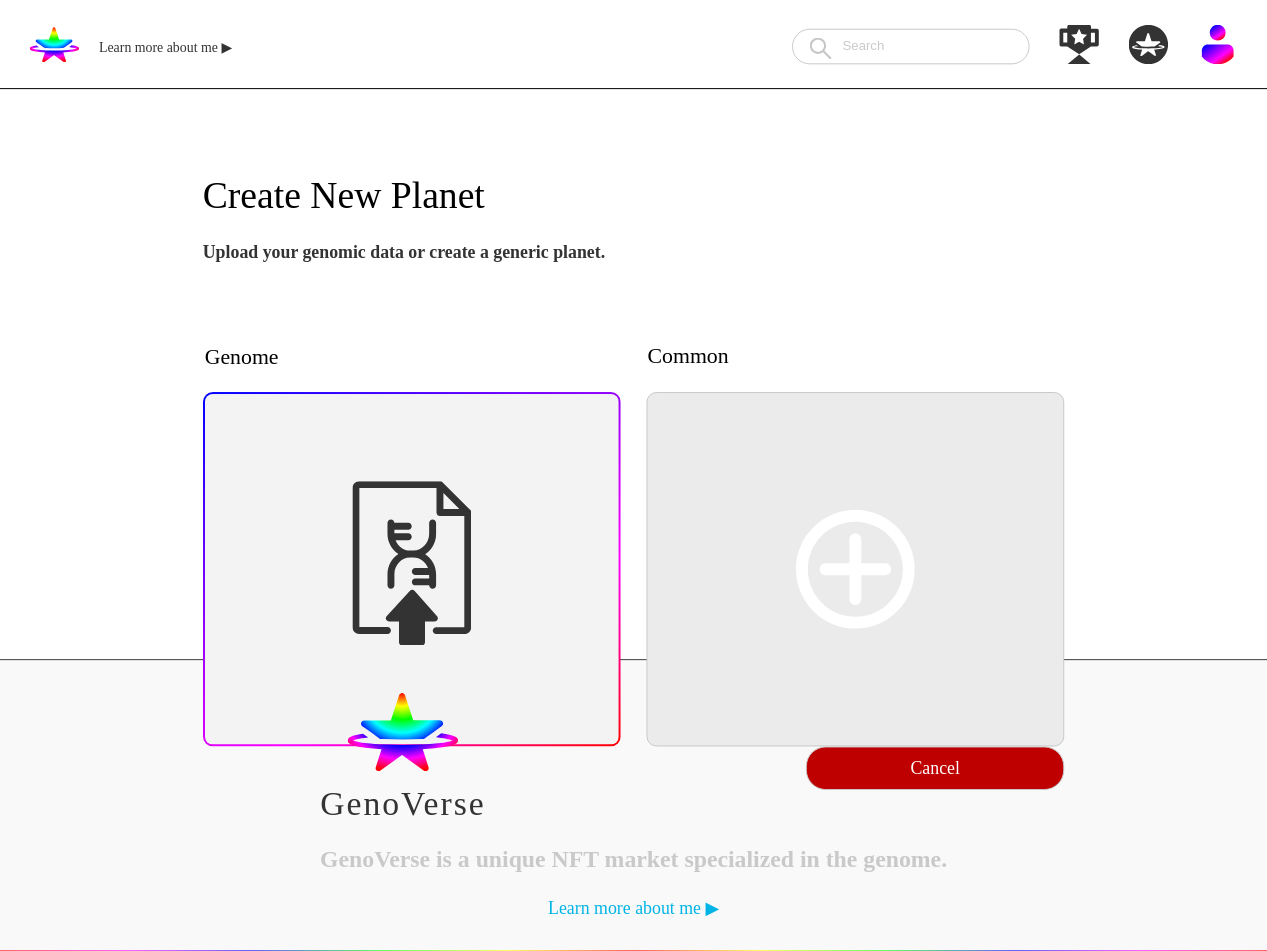
Repository: superHotBob/bioart
Page: /createnewplanet/createnewplanet_01
These files come from the project's save history. The page is drawn as it stood at one moment and after the next save; the edit follows.
The browser window is 1280 px wide. The pictures show the whole page, at 99% of full size.
Some web fonts or font styles are not loaded; a fallback is used. The project was rebuilt for these pictures with package versions that can differ from the ones it lists, and the page was loaded fresh each time. Some packages were replaced by stand-ins written for this rebuild. The framework's server and built-in components were replaced by stand-ins that run in the browser. Also part of the build but not shown: next.config.js.

Above is the page before, as saved 2022-04-06 12:34:08.

### pages/_app.js
import "../styles/globals.css";
import Layout from "../components/layout";
import { Provider } from "react-redux";
import store from "../store";

export default function MyApp({ Component, pageProps }) {
  return (
    <Provider store={store}>
      <Layout>
        <Component {...pageProps} />
      </Layout>
    </Provider>
  );
}

### pages/createnewplanet/createnewplanet_01.js
import Button from "../../components/button";
import react, { useEffect, useState } from "react";

export default function CreateNewPlanetOne() {
  const [myscreen, setMyScreen] = useState(true);
  useEffect(() => setMyScreen(window.screen.width > 500), []);

  return (
    <div className="createNewBlock">
      <h1>Create New Planet</h1>
      <p>Upload your genomic data or create a generic planet.</p>
      <div className="twoBloks">
        <div className="genome">
          <div />
        </div>
        <div className="common"></div>
      </div>
      <div style={{textAlign: 'right',marginBottom: 150}}>
        <Button
          width={myscreen ? "30%" : "100%"}
          color="#fff"
          background="#be0000"
          text="Cancel"
          background_hover="#8b0000"
        />
      </div>
      <style jsx>{`
        .createNewBlock {
          width: 68%;
          height: 80vh;
          margin: 0 auto;
          padding-top: 60px;
        }
        h1 {
          font-size: 38px;
          font-family: "GmarketSansMedium";
          font-weight: 400;
        }
        p {
          font-weight: 600;
          font-family: "GmarketSansLight";
          font-size: 18px;
          color: #333;
        }
        .twoBloks {
          display: flex;
          justify-content: space-between;
          margin-top: 130px;
        }
        .genome,
        .common,
        .genome div {
          width: 48.5%;
          height: 28vw;
          border-radius: 10px;
          background-position: center center;
          background-repeat: no-repeat;
          background-size: 120px;
          cursor: pointer;
        }
        .genome {
          border: 2px solid transparent;
          background: linear-gradient(#f3f3f3, #f3f3f3) padding-box,
            linear-gradient(
                150deg,
                rgba(0, 0, 255, 1) 0%,
                rgba(152, 0, 255, 1) 41%,
                rgba(255, 0, 255, 1) 68%,
                rgba(255, 0, 0, 1) 100%
              )
              border-box;
        }
        .genome div {
          background-image: url("/icon_upbk.svg");
          width: 100%;
          margin-top: 16px;
        }
        .genome div:hover {
          background-image: url("/icon_upwt.svg");
        }
        .genome:before {
          content: "Genome";
          font-family: "GmarketSansMedium";
          display: block;
          margin-top: -50px;
          font-size: 22px;
        }
        .common {
          background-color: #ebebeb;
          border: 1px solid #c9c9c9;
          background-image: url("/icon_mrwt.svg");
        }
        .common:hover {
          background-image: url("/icon_mrbk.svg");
        }
        .common:before {
          content: "Common";
          font-family: "GmarketSansMedium";
          display: block;
          margin-top: -50px;
          font-size: 22px;
        }

        @media screen and (max-width: 550px) {
          .createNewBlock {
            width: 96%;
            height: auto;
            margin: 0 auto;
            padding-top: 60px;
          }
          .twoBloks {
            flex-direction: column;
          }
          .genome,
          .common,
          .genome div {
            width: 100%;
            height: 98vw;
            margin-bottom: 50px;
          }
        }
      `}</style>
    </div>
  );
}

### styles/globals.css
@font-face {
  font-family: 'GmarketSansMedium';
  src: url('https://cdn.jsdelivr.net/gh/projectnoonnu/noonfonts_2001@1.1/GmarketSansMedium.woff') format('woff');
  font-weight: normal;
  font-style: normal;
}
@font-face {
  font-family: 'GmarketSansLight';
  src: url('https://cdn.jsdelivr.net/gh/projectnoonnu/noonfonts_2001@1.1/GmarketSansLight.woff') format('woff');
  font-weight: normal;
  font-style: normal;
}
@font-face {
  font-family: 'GmarketSansBold';
  src: url('https://cdn.jsdelivr.net/gh/projectnoonnu/noonfonts_2001@1.1/GmarketSansBold.woff') format('woff');
  font-weight: normal;
  font-style: normal;
}
html,
body {
  padding: 0;
  margin: 0;
  font-family: -apple-system, BlinkMacSystemFont, Segoe UI, Roboto, Oxygen,
    Ubuntu, Cantarell, Fira Sans, Droid Sans, Helvetica Neue, sans-serif;
}

input, select, button, textarea {
  outline: none;
}
a {
  color: inherit;
  text-decoration: none;
  cursor: pointer;
}
input::placeholder {
  color: #c9c9c9;
}
* {
  box-sizing: border-box;
  background-repeat: no-repeat;
}
button {
  cursor: pointer;
  font-family: "GmarketSansMedium";
  font-size: 18px;
  text-align: center;
}
.error {
  color: red;
  font-size: 20px;
}
figure {
  margin: 0;
  display: inline-block;
}
select {
  -webkit-appearance: none;
  -moz-appearance: none;

  height: 44px;
  padding-left: 20px;
  font-size: 18px;
  background: transparent;
  border: 1px solid #c9c9c9;
  border-radius: 20px;
  background: url('/icon_drp_arr.svg')  100% / 17% 35% no-repeat;
}
.blue {
  color: rgb(0, 180, 230);
  font-size: 18px;
  padding: 2px 0 2px 27px;

}
.bold {
  font-weight: 800;
  font-family: "GmarketSansbold";
}


.solana {
  background: url('/icon_graph_01.svg')  left 35% / auto 68% no-repeat;


}
@media screen and (max-width: 550px) {
  .blue {
    font-size: 14px;
    padding: 2px 0 2px 25px;
  }
}

### components/layout.js
import Navbar from "./navbar";
import Footer from "./footer";

export default function Layout({ children }) {
  return (
    <>
      <Navbar />
      <main style={{borderBottom: '1px solid #000'}}>
        {children}
        <style jsx global>{`
          .lastStringNft {
            width: 90%;
            position: absolute;
            top: 85%;
            left: 5%;
            padding: 10px 0;
            border-top: 1px solid #c9c9c9;
            font-size: 18px;
            color: #333;
            display: flex;
            justify-content: space-between;
            font-family: "GmarketSansLight";
          }
          .lastStringNft b {
            margin: 0 5px 0 0;
            flex-grow: 1;
          }
          .iconGraph {
            margin: 0px 15px;
            vertical-align: top;
            display: inline-block;
          }
          .priceNft {
            text-align: center;
            font-size: 30px;
            margin: 10px 0 0;
            font-family: "GmarketSansMedium";
          }
          .textNft {
            font-size: 1vw;
            margin: 0 0 15px;
            text-align: center;
            font-weight: 300;
            font-family: "GmarketSansLight";
          }
          .iconSlider {
          margin-top: 0;
          width: 65px;
          height: 65px;
        }
        .iconItemNft {
            width: 65px;
            height: 65px;
            display: block;
            margin: 0 auto;
            background-color: #fff;
            border-radius: 50%;
            border: 4px solid #fff;
            outline: 1px solid #ddd;
          }
          .itemSliderNft {
            position: relative;
          }
        `}</style>
      </main>
      <Footer />
    </>
  );
}

### store/index.js
import { configureStore } from "@reduxjs/toolkit";

import counterReducer from "../reduser";

export function makeStore() {
  return configureStore({
    reducer: { counter: counterReducer },
  });
}

const store = makeStore();

export default store;

### components/button.js
export default function Button(props) {
  return (
    <button type={props.type} className={props.class} onClick={props.Click}>
      {props.text}
      <style jsx>{`
        button {
          color: ${props.color};
          width: ${props.width};
          background: ${props.background};
          border: 1px solid #c9c9c9;
          font-size: 18px;
          border-radius: 20px;
          height: 44px;
        }
        button:hover {
          color: ${props.color_hover};
          background: ${props.background_hover};
        }
        button:last-of-type {
            float: right;
        }
      `}</style>
    </button>
  );
}

### components/footer.js
import Image from "next/image";
import styles from "../styles/Home.module.css";
export default function Footer() {
  return (
    <footer className={styles.footer}>
      <span className={styles.logo}>
        <Image src="/symbol.svg" alt=" Logo" width={112} height={80} />
      </span>
      <p className={styles.footerIconText}>GenoVerse</p>
      <p className={styles.footerText}>
        GenoVerse is a unique NFT market specialized in the genome.
      </p>
      <a src="/#" className={styles.learnFooter}>
        Learn more about me &#9654;
      </a>
    </footer>
  );
}

### reduser/index.js
import { createSlice } from "@reduxjs/toolkit";

const initialState = {
 profile: {
  email: 'bob@tut.by',
  name: 'bob',
  representative_planet: 'Geno`s Collection'
 },
  walletAddress: "",
  balance: 0,
  token: "",
  tokenId: 0,
};
export const counterSlice = createSlice({
  name: "counter",
  initialState,

  reducers: {
    increment: (state) => {
      state.value = true;
    },

    addAccount: (state, action) => {
      state.walletAddress = action.payload;
    },
    changeBalance: (state, action) => {
      state.balance = action.payload;
    },
    setToken: (state, action) => {
      state.token = action.payload;
    },
    setTokenId: (state, action) => {
      state.tokenId = action.payload;
    },
  },
});
export const {
    increment,
    addAccount,
    changeBalance,
    setToken,
    setTokenId,
  } = counterSlice.actions;

  export const profile = (state) => state.counter.profile;

  export const selectCount = (state) => state.counter.value;
  export const walletAddress = (state) => state.counter.walletAddress;
  export const balance = (state) => state.counter.balance;
  export const token = (state) => state.counter.token;
  export const tokenId = (state) => state.counter.tokenId;

  export default counterSlice.reducer;

### styles/Home.module.css
@font-face {
  font-family: "MyWebFontBlack";
  src: url("/fonts/NotoSerifCJKkr-Black.woff") format("woff");
}
@font-face {
  font-family: "MyWebFontBold";
  src: url("/fonts/NotoSerifCJKkr-Bold.woff") format("woff");
}
@font-face {
  font-family: "MyWebFontSCMediun";
  src: url("/fonts/NotoSerifSC-Medium.woff") format("woff");
}
@font-face {
  font-family: "MyWebFontSCLight";
  src: url("/fonts/NotoSerifSC-Light.woff") format("woff");
}
@font-face {
  font-family: "GmarketSansMedium";
  src: url("https://cdn.jsdelivr.net/gh/projectnoonnu/noonfonts_2001@1.1/GmarketSansMedium.woff")
    format("woff");
  font-weight: normal;
  font-style: normal;
}
.container {
  padding: 0;
}
.main {
  min-height: 80vh;
}
.header {
  height: 90px;
  display: block;
  position: relative;
  padding: 20px 30px;
  box-sizing: border-box;
  border-bottom: 1px solid #000;
}
.header .learn {
  margin: -34px 20px 0;
  vertical-align: middle;
  display: inline-block;
  width: 20%;
  font-size: 14px;
  cursor: pointer;
  font-family: "GmarketSansLight";
  color: #333;
}
.header a:hover {
  color: blue;
}
.symbol {
  margin-right: -40px;
  position: relative;
  z-index: 100;
  top: -1px;
}
.symbol_icon {
  height: 50px;
  width: 50px;
  display: inline-block;
  background: url("/symbol.svg") center / 100% no-repeat;
}
.search_input {
  position: relative;
  z-index: 1;
  border: 1px solid #c9c9c9;
  border-radius: 20px;
  height: 36px;
  width: 240px;
  padding: 0 20px 0 50px;
  vertical-align: text-bottom;
  outline: none;
}
.menu_tab {
  float: right;
  width: auto;
  text-align: right;
  margin-top: 5px;
}
.tab01,
.tab02,
.tab03active,
.tab03,
.iconLike {
  height: 40px;
  width: 40px;
  vertical-align: sub;
  display: inline-block;
  margin-left: 30px;
}
.iconLike {
  position: relative;
  margin-left: 90px;
  cursor: pointer;
}
.iconLike::before {
  position: absolute;
  font-size: 18px;
  content: "250";
  left: -45px;
  top: 11px;
  font-family: "GmarketSansLight";
  display: inline-block;
}
.tab01 {
  background: url("/icon_tab_off_01.svg") center 100% no-repeat;
}
.tab01:hover {
  background: url("/icon_tab_on_01.svg") center 100% no-repeat;
}
.tab02 {
  background: url("/icon_tab_off_02.svg") center 100% no-repeat;
}
.tab03active {
  background: url("/icon_tab_on_03.svg") center 100% no-repeat;
}
.tab02:hover {
  background: url("/icon_tab_on_02.svg") center 100% no-repeat;
}
.tab03 {
  background: url("/icon_tab_off_03.svg") center 100% no-repeat;
}
.iconLike {
  background: url("/icon_like_on.svg") center 100% no-repeat;
}
.tab03:hover {
  background: url("/icon_tab_on_03.svg") center 100% no-repeat;
}
.wrapFirstBlock {
  width: 100%;
  height: 70.1vh;
  background: url('/main_top_bgline.jpg')  bottom center / 100% 1px repeat-x;
}
.firstBlock {
  /* background: url('/main_top_bg.jpg') center / 100% auto no-repeat;  */
  height: 70vh;
  position: relative;
}
.firstBlockText {
  position: absolute;
  top: 57%;
  left: 75%;
}
.firstBlockTextOnly h3 {
  font-size: 28px;
  font-weight: 400;
  color: #000;
  margin: 0;
}
.firstBlockTextOnly p {
  font-size: 18px;
  line-height: 1.3;
  font-family: "GmarketSansLight";
  font-weight: 800;
}
.gold {
  color: #ffa300;
  font-size: 16px;
  display: block;
  line-height: 10px;
}
.slider h2,
.sliderNft h2 {
  font-size: 30px;
  letter-spacing: 2px;
  font-family: "GmarketSansLight";
  font-weight: 800;
}
.sliderWraper,
.sliderWraperNft {
  height: auto;
  width: 80%;
  margin: 50px auto;
  position: relative;
}
.sliderWraperNft {
  width: 100%;
}
.bodySlider {
  height: auto;
  display: flex;
  justify-content: space-between;
}
.sliderBtnPrev,
.sliderBtnNext {
  position: absolute;
  border: none;
  top: 26%;
  height: 60px;
  width: 60px;
  left: -2%;
  opacity: 0.9;
  background-position: center;
  background-repeat: no-repeat;
  background-size: 100%;
  background-image: url("/slider_prev_btn.svg");
}
.sliderBtnPrev:hover {
  background-image: url("/slider_prev_btn_hv.svg");
  opacity: 1;
}
.sliderBtnNext {
  left: 96%;
  background-image: url("/slider_next_btn.svg");
}
.sliderBtnNext:hover {
  background-image: url("/slider_next_btn_hv.svg");
  opacity: 1;
}

.itemSlider {
  height: 40vw;
  padding: 0 20px;
  text-align: center;
}
.itemSliderImage {

  border: 1px solid #ccc;
  background-size: cover;
  border-radius: 10px;
  background-position: center top;
  background-repeat: no-repeat;
  height: 60%;
  margin-bottom: 40px;
  cursor: pointer;
}
.sliderText {
  font-size: 26px;
  margin: 15px;
  font-family: "GmarketSansMedium";
  font-weight: 400;
}
.sliderText p {
  font-size: 20px;
  margin: 15px 0 0;
  font-family: "GmarketSansLight";
}
.itemSlider .img {
  margin: 15px;
}
.sliderDot {
  margin: 0 auto;
  background-color: gray;
  width: 89%;
}

.table h2 {
  text-align: center;
  font-family: "GmarketSansLight";
  font-size: 28px;
}
.table h2 a {
  color: #00b4e6;
}
.icons {
  width: 164px;
  margin: 50px auto;
  display: flex;
  justify-content: space-between;
}
.icons img:hover {
  cursor: pointer;
}
.tableBody {
  width: 80%;
  margin: 20px auto;
}
.headerTable,
.bodyTable,
.headerTableFirst {
  display: flex;
  justify-content: space-between;
  border-top: 1px solid #c9c9c9;
  border-bottom: 1px solid #c9c9c9;
  padding: 20px 0;
  font-weight: bold;
}
.headerTableFirst {
  border-top: none;
  border-image: linear-gradient(
    90deg,
    rgba(255, 0, 0, 1) 0%,
    rgba(255, 0, 255, 1) 10%,
    rgba(0, 0, 255, 1) 20%,
    rgba(0, 255, 0, 1) 30%,
    rgba(255, 255, 0, 1) 40%,
    rgba(255, 0, 0, 1) 50%,
    rgba(255, 255, 0, 1) 60%,
    rgba(0, 255, 0, 1) 70%,
    rgba(0, 0, 255, 1) 80%,
    rgba(255, 0, 255, 1) 90%,
    rgba(255, 0, 0, 1) 100%
  );
  border-image-slice: 1;
}
p.bodyTable {
  border-bottom: none;
  margin: 0;
}
p.headerTable:hover {
  background-color: rgba(220, 220, 220, 0.3);
  cursor: pointer;
  box-shadow: 0 1px 10px 5px rgba(220, 220, 220, 0.3);
}
.volumeIcon,.volumeIcon_2 {
  background: url("/icon_graph_01.svg") 21% 47%/ 16% no-repeat;
  padding-left: 10px;
}
.headerTable span,
.bodyTable span,
.headerTableFirst span {
  flex-grow: 1;
  font-size: 18px;
  line-height: 50px;
  font-family: "GmarketSansLight";
  width: 10%;
  text-align: center;
  display: inline-block;
}
.data {
  border-bottom: 1px solid #c9c9c9;
}
.btnPage {
  margin: 50px auto;
  text-align: center;
}
.btnPrev,
.btnNext {
  border: none;
  background: none;
  font-size: 18px;
  z-index: 1;
  font-family: "GmarketSansMedium";
  font-weight: 400;
  position: relative;
  color: #c9c9c9;
}
.btnPrev:hover {
  color: #000;
}
.btnPrev:hover::before {
  background-image: url("/prev_btn_hv.svg");
}
.btnNext:hover {
  color: #000;
}
.btnNext:hover::after {
  background-image: url("/next_btn_hv.svg");
}
.btnPrev:before,
.btnNext::after {
  content: "";
  width: 12px;
  height: 18px;
  z-index: 1;
  background-image: url("/prev_btn.svg");
  background-repeat: no-repeat;
  display: inline-block;
  vertical-align: middle;
  background-color: inherit;
  background-position: center center;
  margin: -5px 5px 0 0;
}
.btnNext::after {
  background-image: url("/next_btn.svg");
  margin: -5px 0 0 5px;
}
.footer {
  padding: 2rem 0;
  background-color: #f9f9f9;
  text-align: center;
  border-image: linear-gradient(
    90deg,
    rgba(255, 0, 0, 1) 0%,
    rgba(255, 0, 255, 1) 10%,
    rgba(0, 0, 255, 1) 20%,
    rgba(0, 255, 0, 1) 30%,
    rgba(255, 255, 0, 1) 40%,
    rgba(255, 0, 0, 1) 50%,
    rgba(255, 255, 0, 1) 60%,
    rgba(0, 255, 0, 1) 70%,
    rgba(0, 0, 255, 1) 80%,
    rgba(255, 0, 255, 1) 90%,
    rgba(255, 0, 0, 1) 100%
  );
  border-image-slice: 1;
  border-bottom: 1px solid #333;
}
.br {
  display: none;
}
.footerIconText {
  font-size: 34px;
  font-family: "GmarketSansMedium";
  font-weight: 400;
  margin: 10px 0;
  letter-spacing: 2px;
}
.footerText {
  font-size: 24px;
  font-family: "GmarketSansMedium";
  color: #c9c9c9;
}
.learnFooter {
  color: #00b4e6;
  font-size: 18px;
  font-family: "GmarketSansMedium";
}
.learnFooter:hover {
  color: #333;
}
.block_likes {
  width: 600px;
  height: 60vh;
  position: absolute;
  right: 35px;
  font-size: 18px;
  top: 90px;
  z-index: 100;
  text-align: center;
  padding: 20px;
  background-color: #fff;
  overflow-y: auto;
  border: 1px solid #c9c9c9;
  border-top: none;
}
.block_likes p {
  font-family: "GmarketSansLight";
  display: flex;
  justify-content: space-between;
  align-items: center;
  font-size: 20px;
  margin: 30px 0;
}
.icon_like span {
  border-radius: 50%;
  height: 50px;
  width: 50px;
  outline: 1px solid #c9c9c9;
  outline-offset: 2px;
  vertical-align: middle;
}
.icon_like_last span {
  border-radius: 0;
  outline: 1px solid #c9c9c9;
  outline-offset: 2px;
  vertical-align: middle;
}
.name {
  width: 35%;
  text-align: left;
}
.mobile {
  display: inline-block;
}
.mobileYes {
  display: none !important;
}
.planetsTableData {
    flex-grow: 4;
    font-size: 28px;
    height: 50px;
    text-align: left;
    background-image: url('/icon_ba.svg');
    background-repeat: no-repeat;
    background-size: 50px;
    padding-left: 60px;
}
@media screen and (max-width: 550px) {
  .search_input,
  .symbol {
    display: none;
  }
  .header {
    padding: 20px 10px;
  }
  .symbol_icon {
    height: 50px;
    width: 50px;
  }
  .tab01,
  .tab02,
  .tab03active,
  .tab03,
  .iconLike {
    margin-left: 10px;
  }
  .tab01 {
    margin: 0;
  }
  .header .learn {
    width: 100px;
    margin: -34px 10px 0;
  }
  .menu_tab {
    margin-top: 5px;
    justify-content: space-around;
    display: flex;
    width: 45%;
  }
  .firstBlock {
    height: 50vw;
  }
  .firstBlockText {
    position: static;
    background-color: #f9f9f9;
    padding: 30px 15px;
    border-image: linear-gradient(
    90deg,
    rgba(255, 0, 0, 1) 0%,
    rgba(255, 0, 255, 1) 10%,
    rgba(0, 0, 255, 1) 20%,
    rgba(0, 255, 0, 1) 30%,
    rgba(255, 255, 0, 1) 40%,
    rgba(255, 0, 0, 1) 50%,
    rgba(255, 255, 0, 1) 60%,
    rgba(0, 255, 0, 1) 70%,
    rgba(0, 0, 255, 1) 80%,
    rgba(255, 0, 255, 1) 90%,
    rgba(255, 0, 0, 1) 100%
  );
  border-image-slice: 1;
  border-bottom: 1px solid #333;
  }
  .firstBlockTextOnly {
    display: inline-block;
    vertical-align: top;
    margin-left: 10px;
    color: gray;
    width: 79%;
  }
  .wrapFirstBlock {
    height: auto;
  }
  .sliderWraper {
    width: 100%;
    margin: 20px auto 100px;
  }
  .itemSlider {
    height: 150vw;
    text-align: initial;
  }
  .sliderText {
    width: 70%;
    font-size: 20px;
    vertical-align: top;
    display: inline-block;
  }
  .sliderText p {
    font-size: 16px;
  }
  .volumeIcon {
    background: url(/icon_graph_01.svg) 0% 19%/ 32% no-repeat;
    padding-left: 15px;
  }
  .br {
    display: inline;
  }
  .mobile, .czczxc, .volumeIcon_2 {
    display: none !important;
  }
  .mobileYes {
    display: inline !important;
    font-size: 12px !important;
  }
  .headerTable span, .headerTableFirst span, .bodyTable span {
    width: fit-content;
    flex-grow: 0;
    padding-top: 5px;
    line-height: 23px;
    text-align: right;
  }
  .headerTable {
    justify-content: space-around;
    padding: 5px 0;
  }
  .tableBody {
    width: 90%;
  }
  .icons {
    width: 200px;
  }
  .sliderBtnNext, .sliderBtnPrev {
    display: none;
  }
}

Loaded but not shown: pages/_document.js (common file); components/navbar.js (77 lines, source omitted)

After the next save:
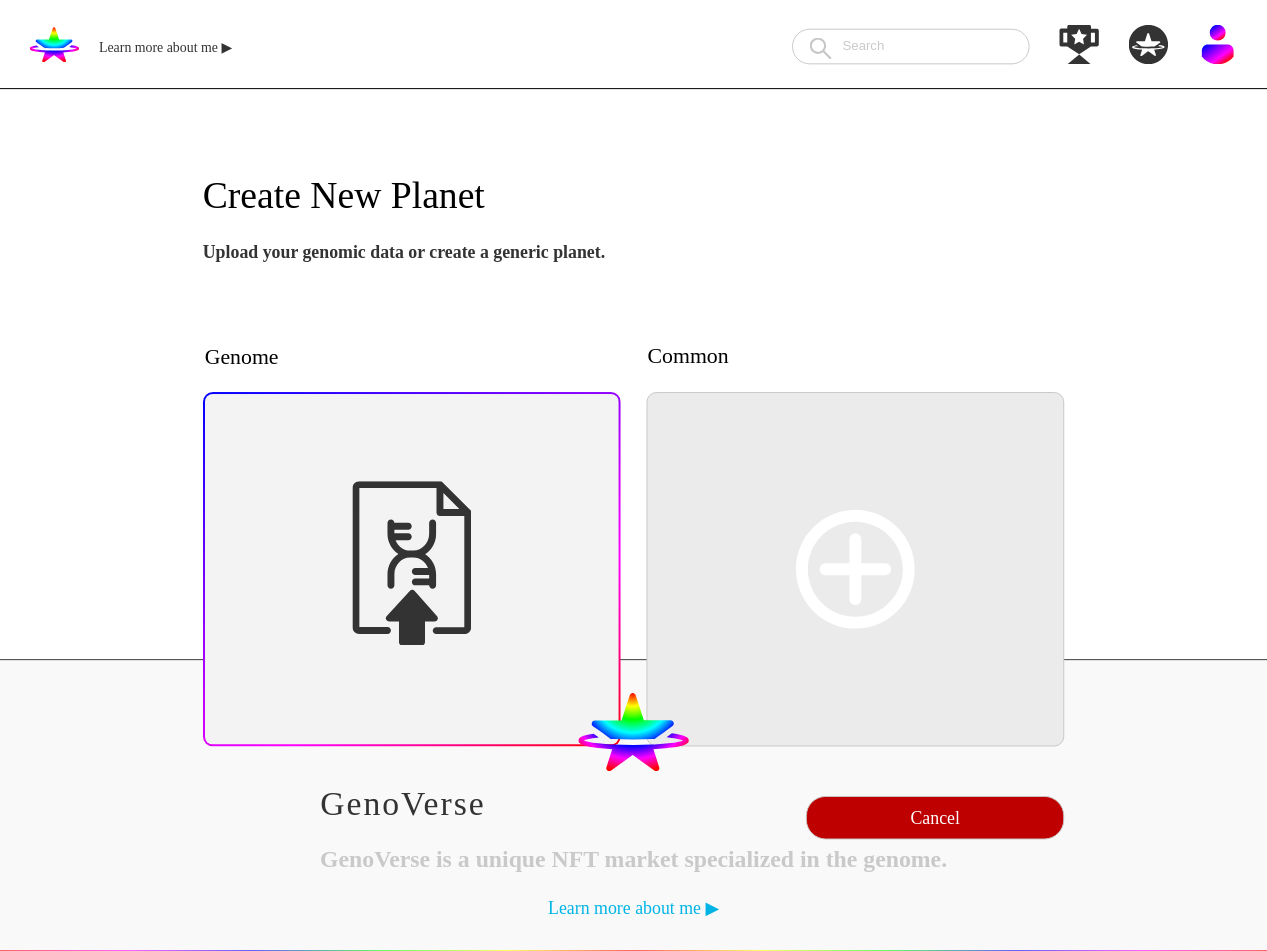
Saved 38 s later.
--- a/pages/createnewplanet/createnewplanet_01.js
+++ b/pages/createnewplanet/createnewplanet_01.js
@@ -15,7 +15,7 @@ export default function CreateNewPlanetOne() {
         </div>
         <div className="common"></div>
       </div>
-      <div style={{textAlign: 'right',marginBottom: 150}}>
+      <div style={{textAlign: 'right',margin: '50px 0 150px'}}>
         <Button
           width={myscreen ? "30%" : "100%"}
           color="#fff"
